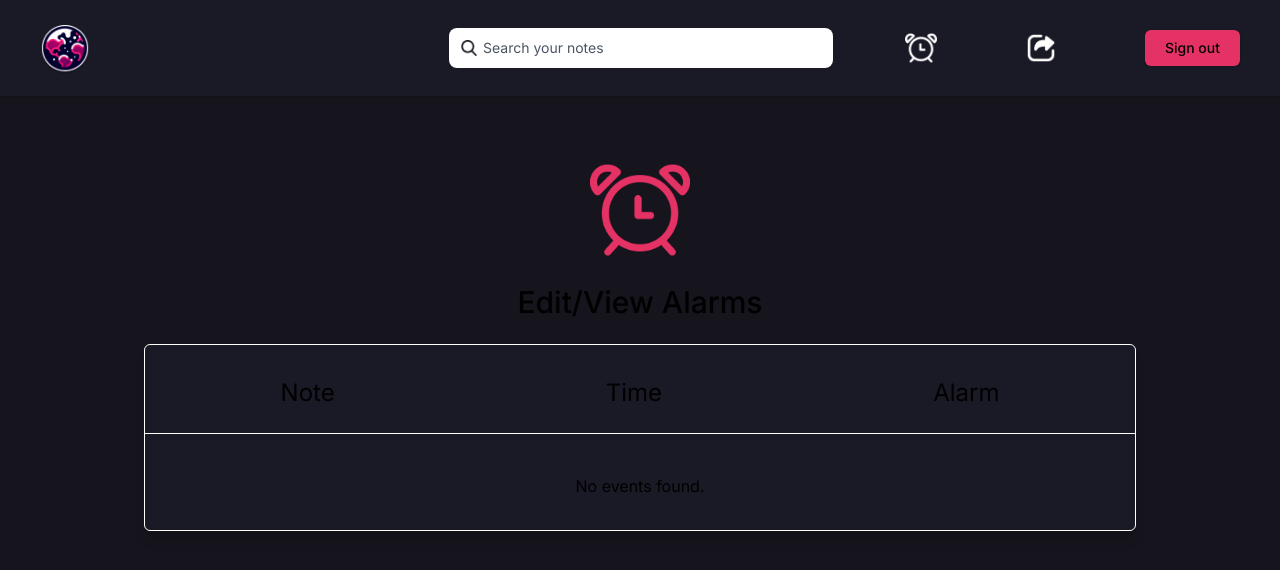
Repository: plan-it-earth/plan-it-earth
Page: /pages/alarm
The author's editor kept a copy of each file at every save. The page is drawn from the files as they stood at one save, then again after the next save.
The browser window is 1280 px wide. The pictures show the whole page.
The project was rebuilt for these pictures with package versions that can differ from the ones it lists, and the page was loaded fresh each time. The framework's server and built-in components were replaced by stand-ins that run in the browser. Also part of the build but not shown: next.config.mjs, app/lib/Hooks/dbActions.js, app/Components/AlarmRow.tsx.

Above is the page before, as saved 2024-04-18 20:29:51.

After the next save:
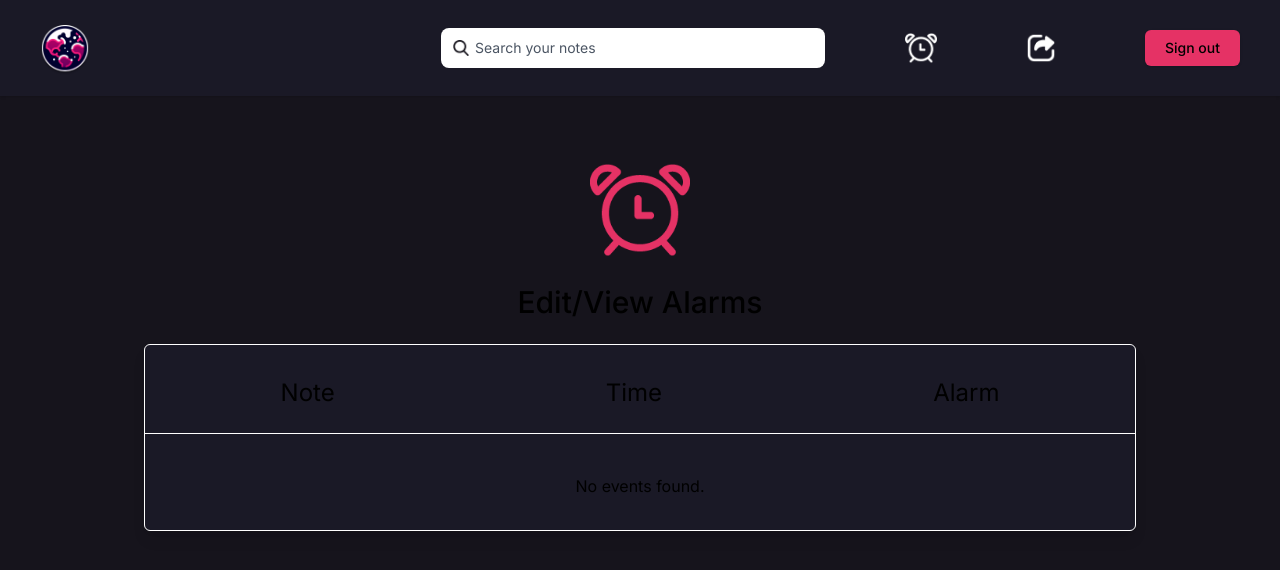
Saved 7 s later.
--- a/app/Components/Header.tsx
+++ b/app/Components/Header.tsx
@@ -43,8 +43,8 @@ export default function Header() {
         <div className="flex h-24 w-full px-2 py-5 bg-[#1A1926] shadow justify-around md:px-10">
             <div className="flex flex-row h-full items-center space-x-2 md:gap-20">
                 <Image onClick={routeToCalendar} src={logo} alt="Plan-It-Earth" height={50} width={50} className="h-30 w-30 mt-1 cursor-pointer hover:opacity-85 md:h-35 md:h-35"/>
-                <div className="hidden sm:w-14 sm:block"></div>
-                <div className="hidden sm:w-14 sm:block"></div>
+                <div className="hidden sm:w-12 sm:block"></div>
+                <div className="hidden sm:w-12 sm:block"></div>
             </div>
             {/*<div className="hidden w-24 lg:block"></div>*/}
             <Search />
